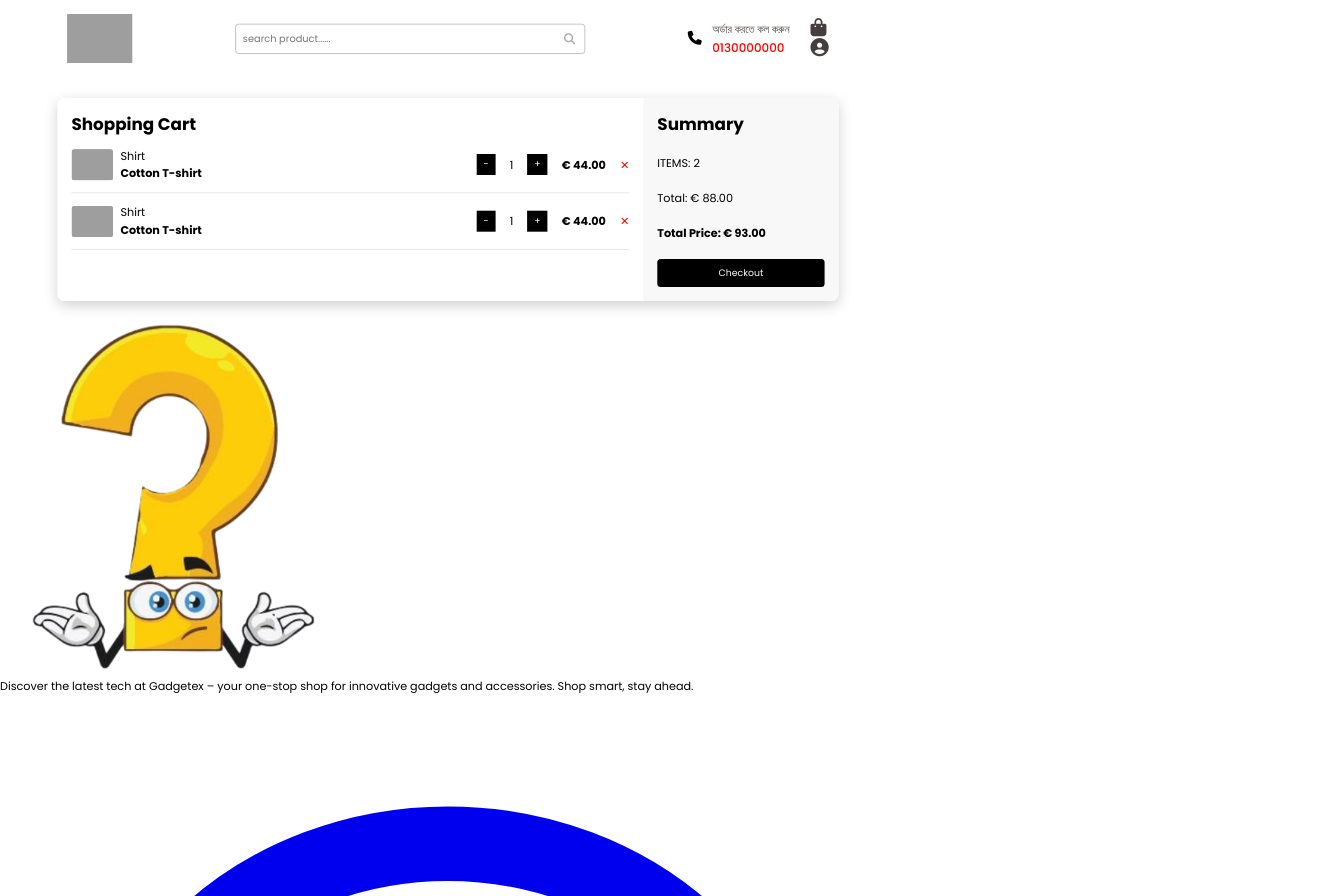
Repository: saifscripts/accessories-mart
Page: /cart
These files come from the project's save history. The page is drawn as it stood at one moment and after a run of saves; the edit follows.
The browser window is 1280 px wide. The page is 3000 px wide, then 1280 px, so the pictures cover 1920 px, including what lies to the right of the window. The pictures show the part of the page from y = 0 to 1280 px (the page is 7627 px tall before and 720 px after), at 70% of full size.
Pictures or frames that could not be fetched are drawn as grey boxes. The page's requests for data from a server got no answer. The project was rebuilt for these pictures with package versions that can differ from the ones it lists, and the page was loaded fresh each time. No one was signed in, and anything a server would have sent is missing. Also part of the build but not shown: vite.config.js, src/components/Hero.jsx, src/components/Products.jsx, src/components/Loader.jsx, src/components/ProductSection.jsx, src/components/ProductsByClass.jsx, src/pages/Home.jsx, src/components/RelatedProduct.jsx and 1 more. Imported but missing from the stored project, and not drawn on this page: src/context/CartContext.

Above is the page before, as saved 2025-03-17 03:35:22.

After the next 3 saves:
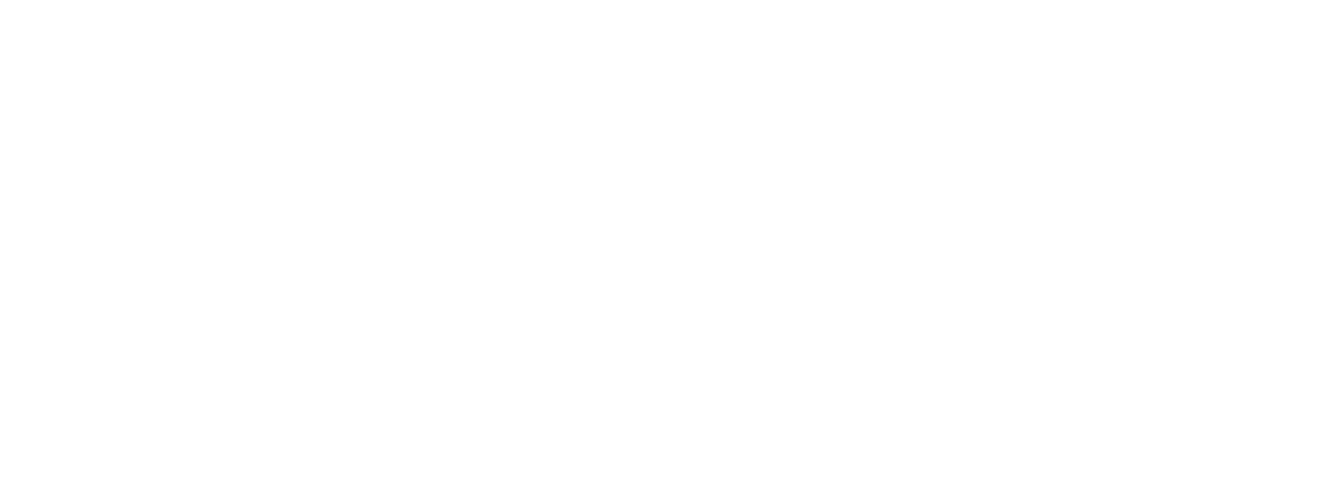
Console error: ReferenceError: CartContext is not defined
The 3 saves are shown as one change because 2 did not build or start.
The last was saved 64 s later.
--- a/src/CartContext.jsx
+++ b/src/CartContext.jsx
@@ -1,7 +1,5 @@
-/* eslint-disable react-refresh/only-export-components */
-import React, { createContext, useState, useEffect } from "react";
 
-export const CartContext = createContext();
+import React, { useState, useEffect } from "react";
 
 export const CartProvider = ({ children }) => {
     const [cart, setCart] = useState([]);
--- a/src/components/Header.jsx
+++ b/src/components/Header.jsx
@@ -1,6 +1,5 @@
 import React, { useContext, useEffect, useState } from 'react';
 import { Link } from 'react-router-dom';
-import { CartContext } from '../CartContext';
 
 const Header = () => {
     const { cart } = useContext(CartContext);

After the save that followed:
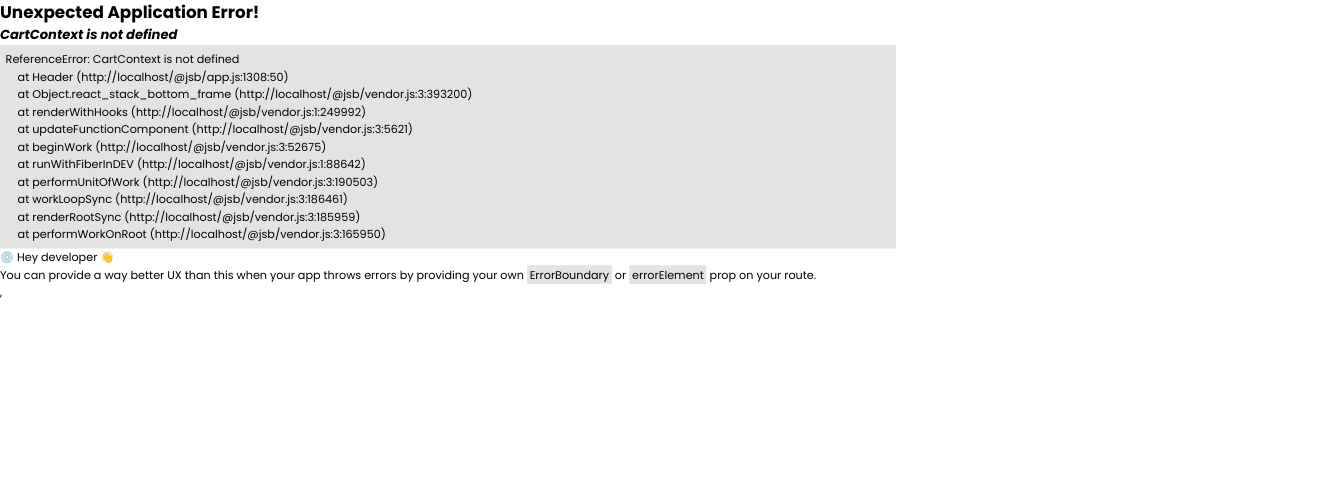
The error is gone.
Saved 26 s later.
--- a/src/CartContext.jsx
+++ b/src/CartContext.jsx
@@ -1,5 +1,7 @@
 
-import React, { useState, useEffect } from "react";
+import React, { createContext, useState, useEffect } from "react";
+
+export const CartContext = createContext();
 
 export const CartProvider = ({ children }) => {
     const [cart, setCart] = useState([]);
